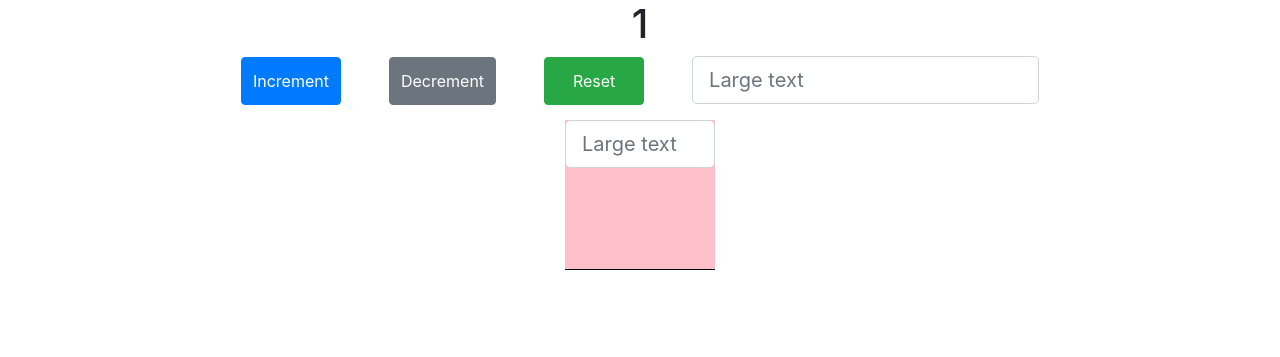
Repository: tts2610/redux-counter
Page: /
These files come from the project's save history. The page is drawn as it stood at one moment and after a run of saves; the edit follows.
The browser window is 1280 px wide. The pictures show the whole page.
The project was rebuilt for these pictures with package versions that can differ from the ones it lists, and the page was loaded fresh each time.

Above is the page before, as saved 2020-06-09 18:53:29.

After the next 2 saves:
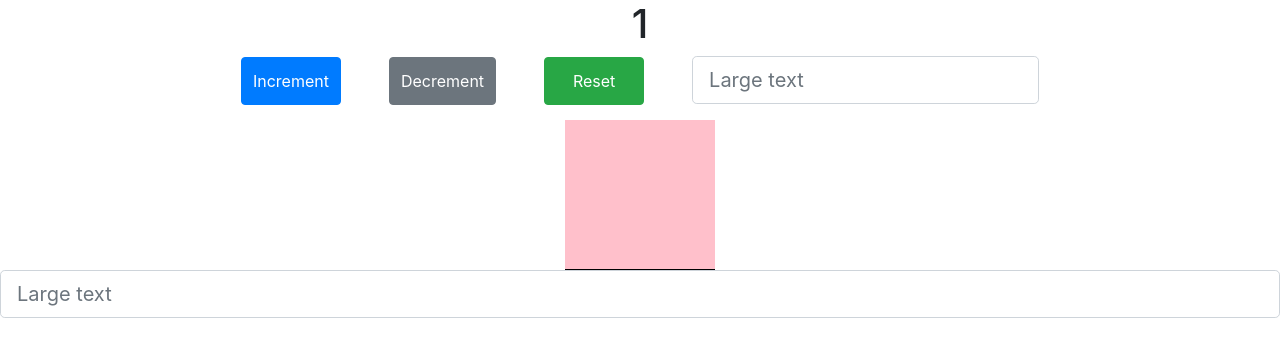
The 2 saves are shown as one change because 1 did not build or start.
The last was saved 50 s later.
--- a/src/App.js
+++ b/src/App.js
@@ -13,16 +13,17 @@
   for (let index = 0; index < count; index++) {
     console.log(divArr["green"]);
     divList.push(
-      <div
-        style={{
-          width: "150px",
-          height: "150px",
-          backgroundColor: `${divArr[index] ? divArr[index] : color}`,
-          margin: "0 auto",
-          borderBottom: "1px solid black",
-        }}
-        value={index}
-      >
+      <>
+        <div
+          style={{
+            width: "150px",
+            height: "150px",
+            backgroundColor: `${divArr[index] ? divArr[index] : color}`,
+            margin: "0 auto",
+            borderBottom: "1px solid black",
+          }}
+          value={index}
+        ></div>
         <Form.Group>
           <Form.Control
             size="lg"
@@ -31,7 +32,7 @@
             placeholder="Large text"
           />
         </Form.Group>
-      </div>
+      </>
     );
   }
 

After the save that followed:
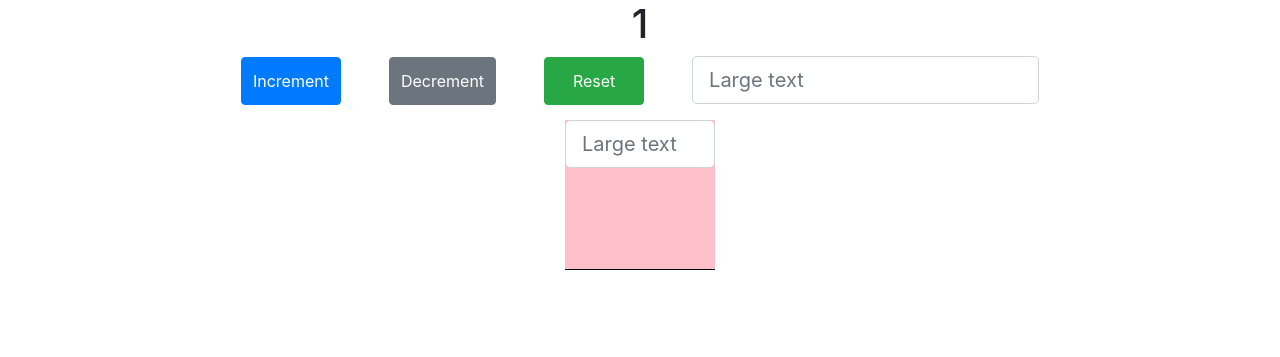
Saved 14 s later.
--- a/src/App.js
+++ b/src/App.js
@@ -13,17 +13,16 @@
   for (let index = 0; index < count; index++) {
     console.log(divArr["green"]);
     divList.push(
-      <>
-        <div
-          style={{
-            width: "150px",
-            height: "150px",
-            backgroundColor: `${divArr[index] ? divArr[index] : color}`,
-            margin: "0 auto",
-            borderBottom: "1px solid black",
-          }}
-          value={index}
-        ></div>
+      <div
+        style={{
+          width: "150px",
+          height: "150px",
+          backgroundColor: `${divArr[index] ? divArr[index] : color}`,
+          margin: "0 auto",
+          borderBottom: "1px solid black",
+        }}
+        value={index}
+      >
         <Form.Group>
           <Form.Control
             size="lg"
@@ -32,7 +31,7 @@
             placeholder="Large text"
           />
         </Form.Group>
-      </>
+      </div>
     );
   }
 
